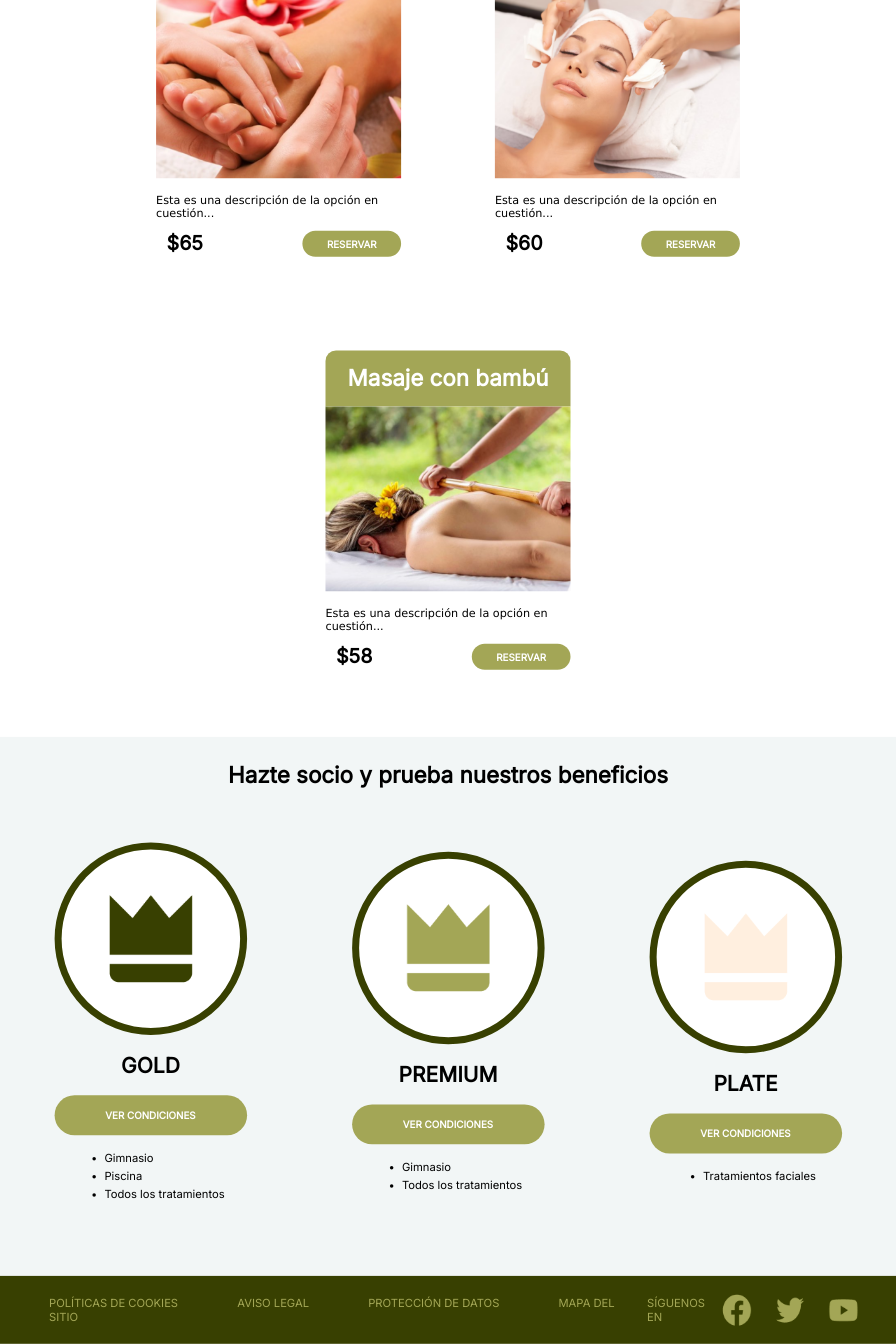
Repository: alexc492/Spa
Page: index.html
The author's editor kept a copy of each file at every save. The page is drawn from the files as they stood at one save, then again after a run of saves.
The browser window is 1280 px wide. The pictures show the part of the page from y = 924 to 2844 px (the page is 2844 px tall), at 70% of full size.
Some web fonts or font styles are not loaded; a fallback is used.

Above is the page before, as saved 2025-06-01 11:33:25.

After the next 2 saves:
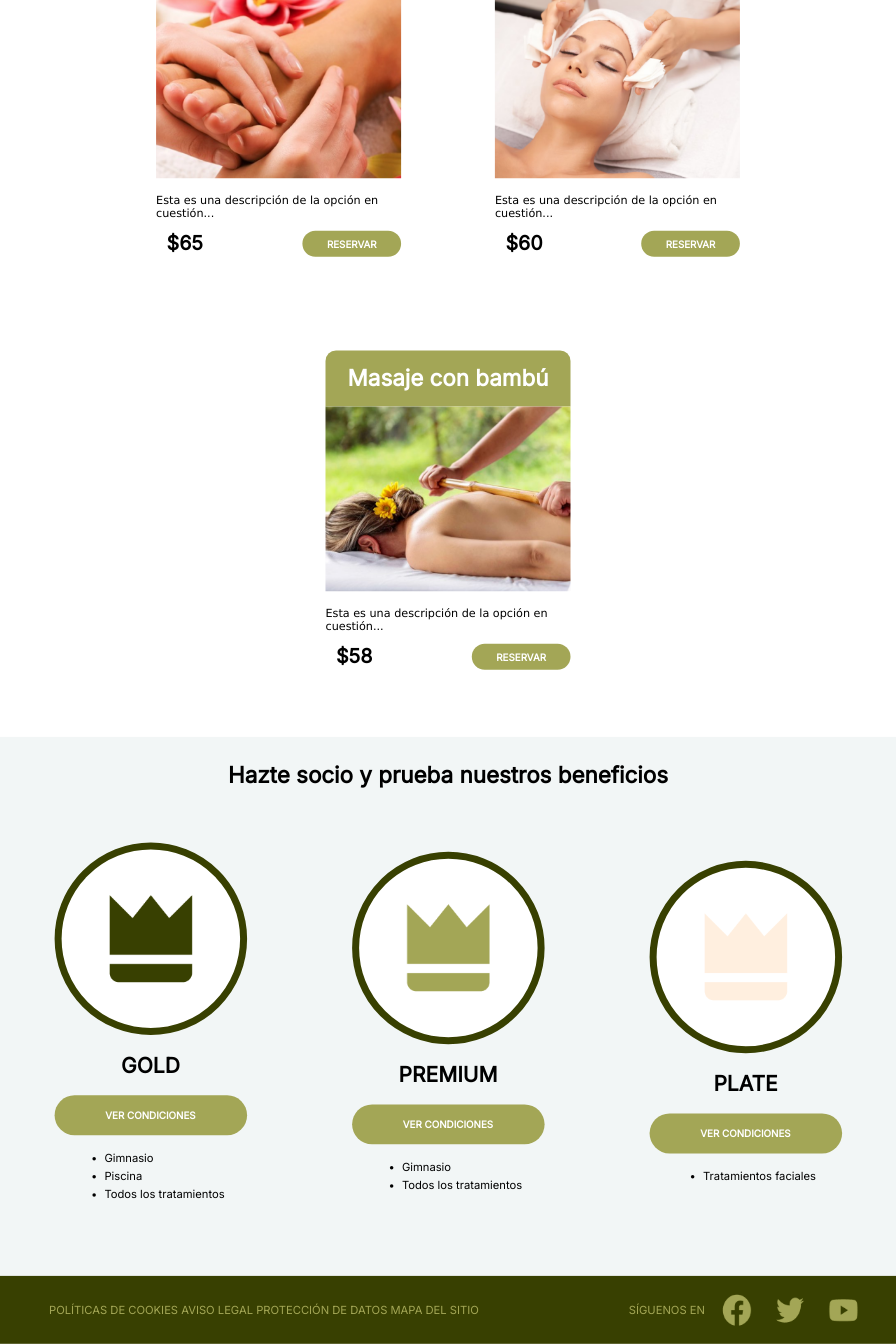
The 2 saves are shown as one change because they came seconds apart.
The last was saved 2 min 17 s later.
--- a/styleSpa.css
+++ b/styleSpa.css
@@ -286,7 +286,7 @@
 }
 .footer ul li{
     display: inline;
-    padding-right: 80px;
+    /*padding-right: 80px;*/
     font-family: 'Inter', sans-serif;
     font-size: 16px;
     font-weight: 400;

After the save that followed:
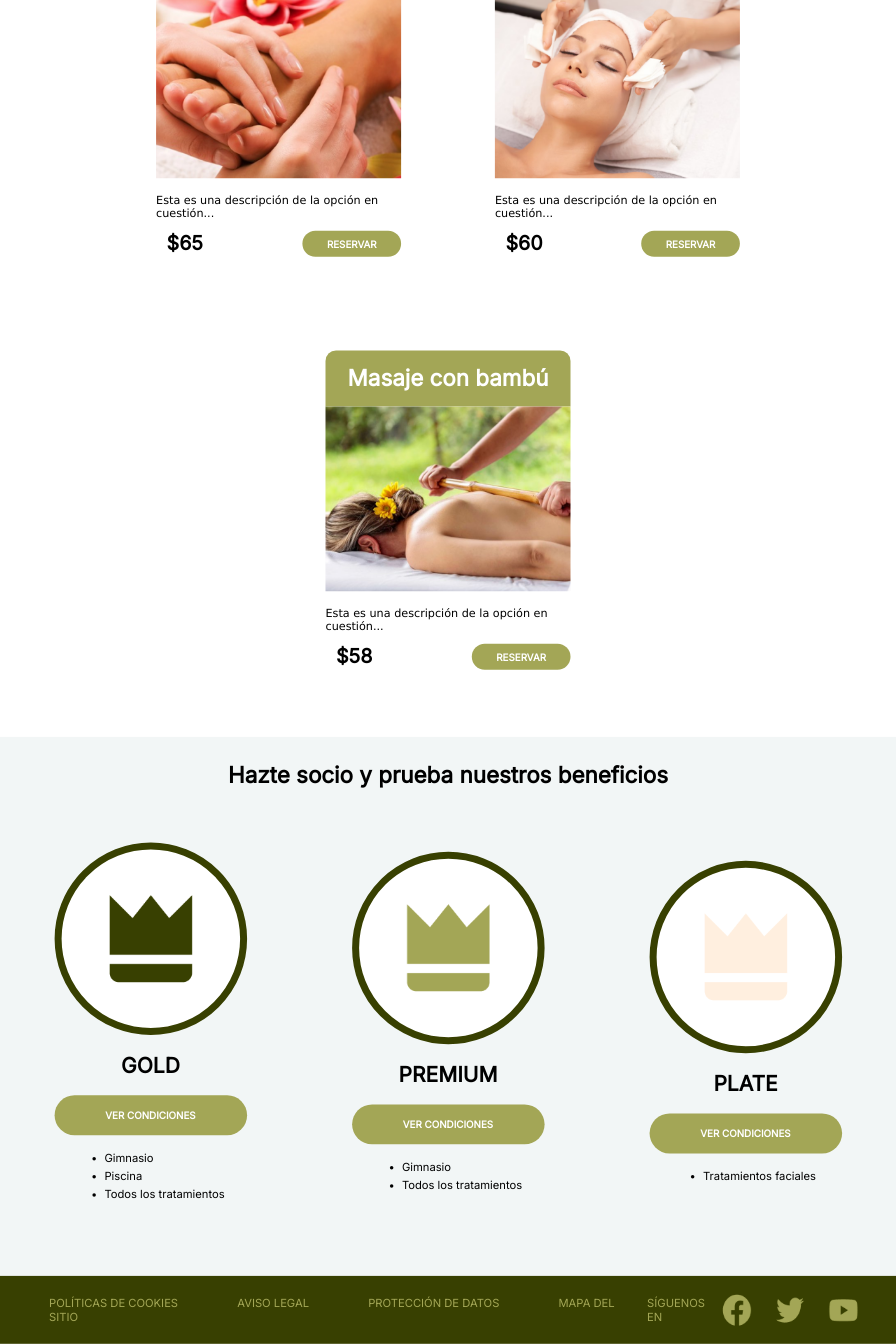
Saved 14 s later.
--- a/styleSpa.css
+++ b/styleSpa.css
@@ -286,7 +286,7 @@
 }
 .footer ul li{
     display: inline;
-    /*padding-right: 80px;*/
+    padding-right: 80px;
     font-family: 'Inter', sans-serif;
     font-size: 16px;
     font-weight: 400;
